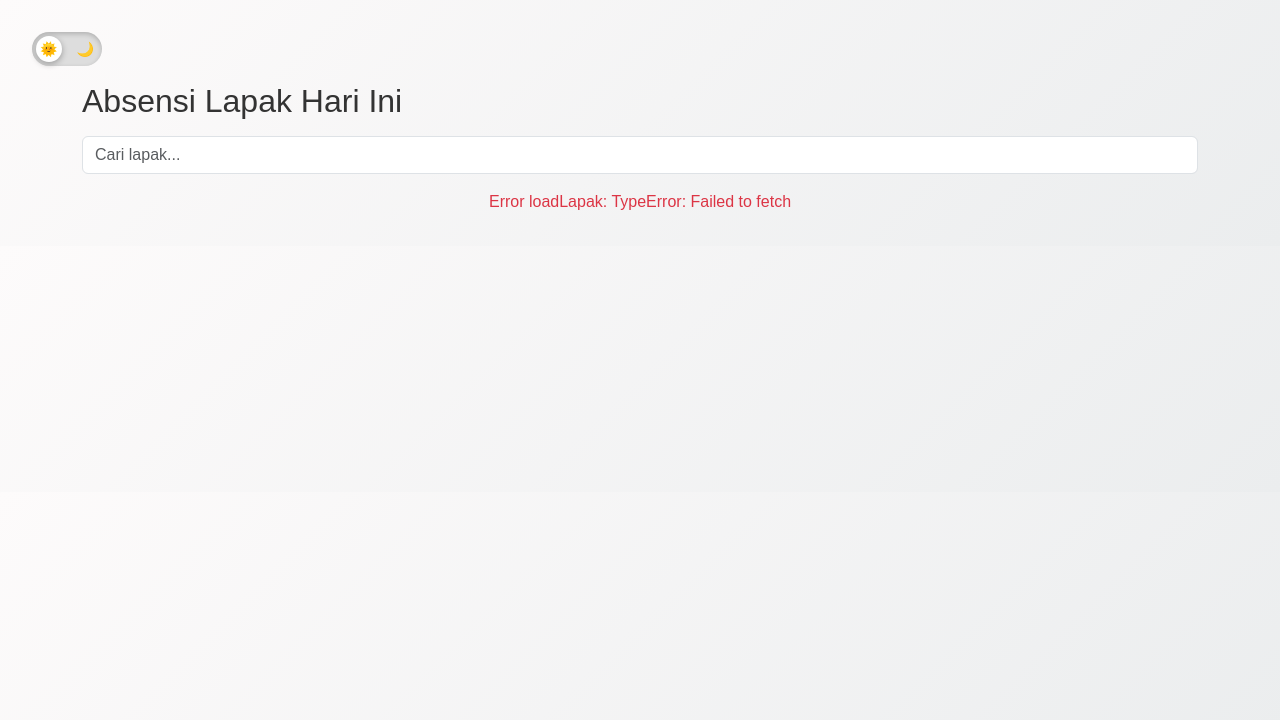
Repository: pasarrakyatbak/absensi
Page: index.html
The author's editor kept a copy of each file at every save. The page is drawn from the files as they stood at one save, then again after the next save.
The browser window is 1280 px wide. The pictures show the whole page.
The page's requests for data from a server got no answer.

Above is the page before, as saved 2025-09-22 00:51:20.

After the next save:
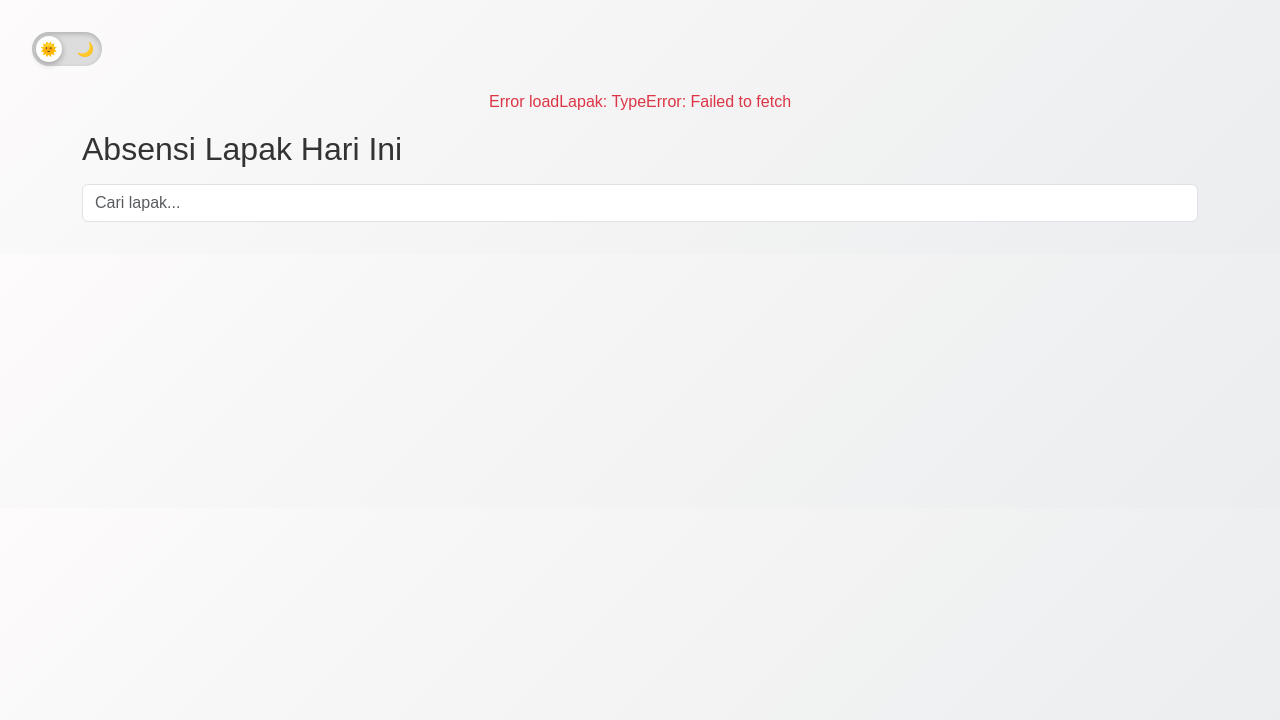
Saved 3 min 7 s later.
--- a/index.html
+++ b/index.html
@@ -19,6 +19,8 @@
         </label>
     </div>
 
+    <div id="lapakSummary" class="summary-cards mb-4"></div>
+    <div class="row" id="lapakContainer"></div>
 
     <div class="container">
         <h2 class="mb-3">Absensi Lapak Hari Ini</h2>
